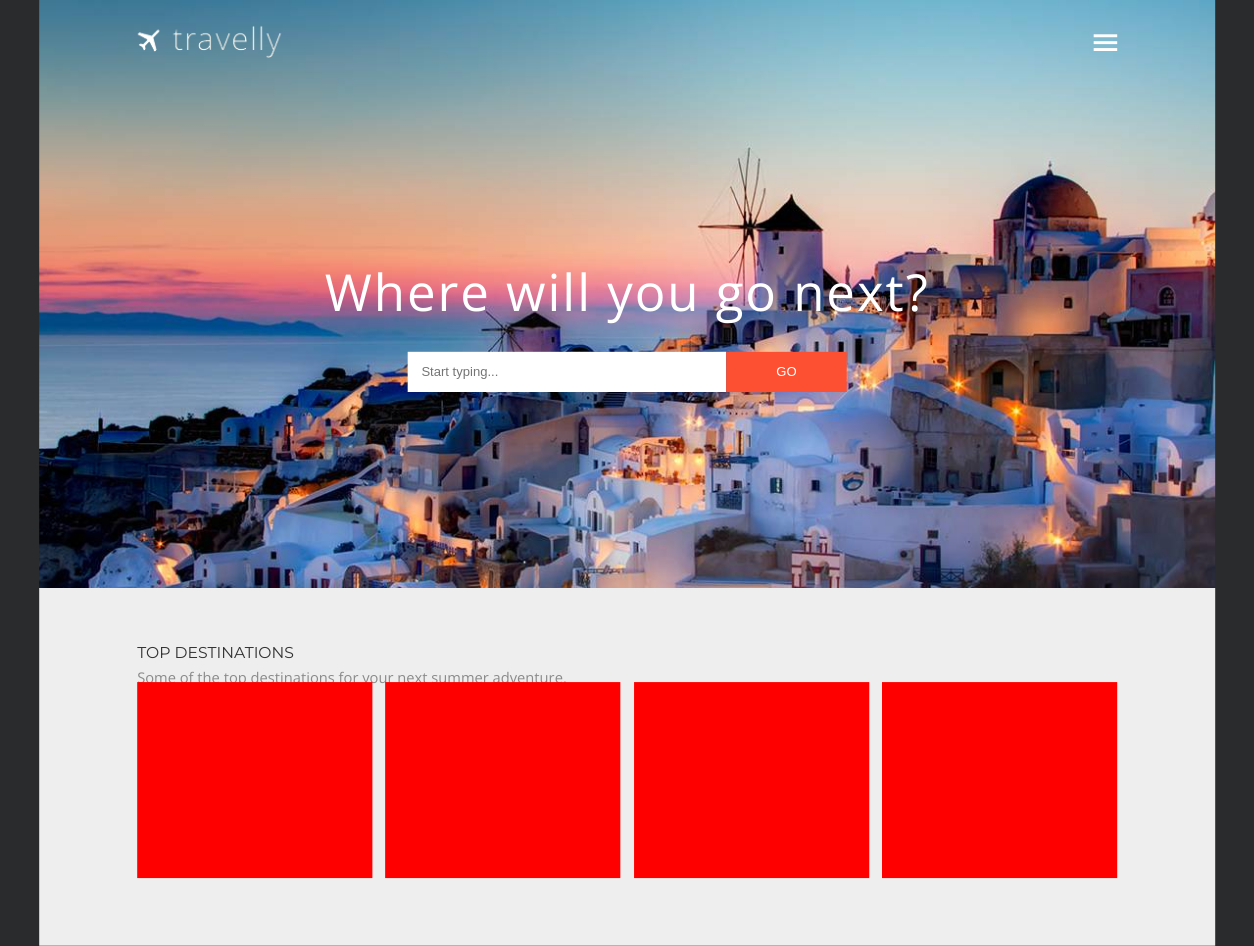
Repository: YusifHasanov/Web-Page-Template
Page: index.html
An editor plug-in stored every save of this project. The page is shown before and after the next save, followed by the edit.
The browser window is 1280 px wide. The pictures show the whole page, at 98% of full size.

Above is the page before, as saved 2021-12-05 21:21:27.

After the next save:
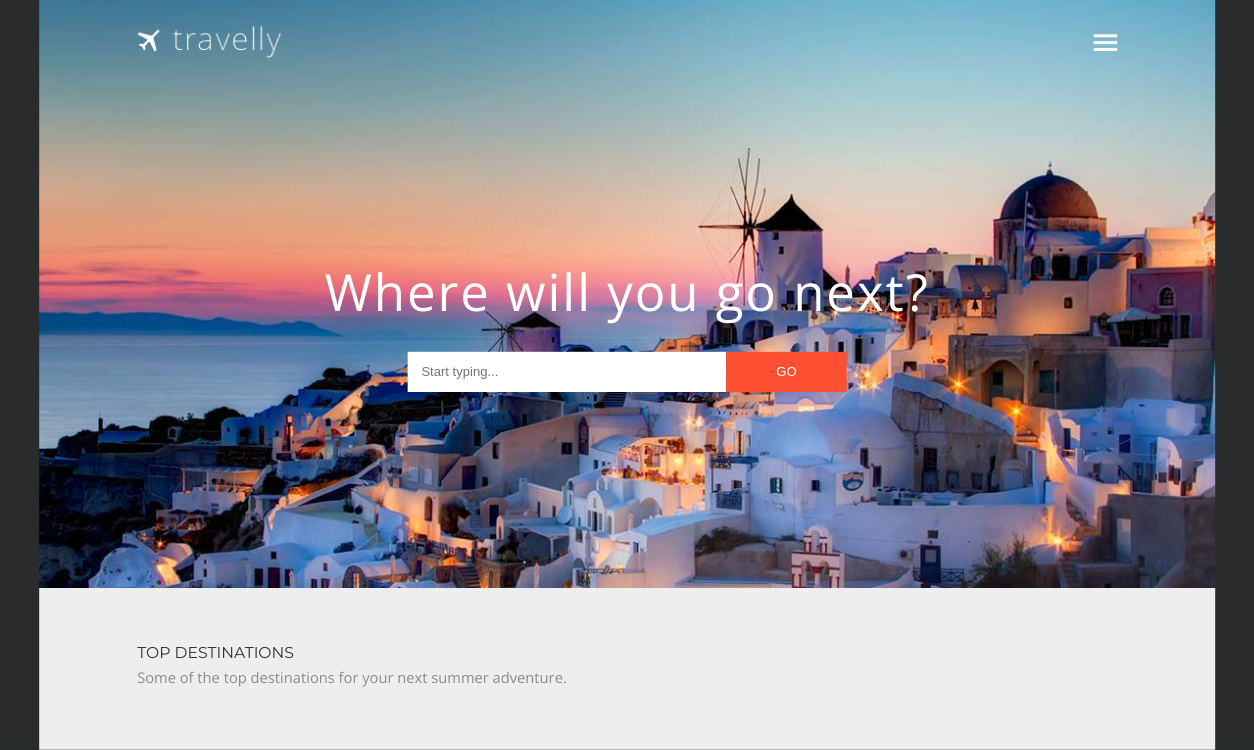
Saved 8 s later.
--- a/css/style.css
+++ b/css/style.css
@@ -106,7 +106,7 @@ button[type='submit'] {
   margin-top: 14px;
 }
 
-
+.flex
 
 .flex-item {
   width: 24%;
